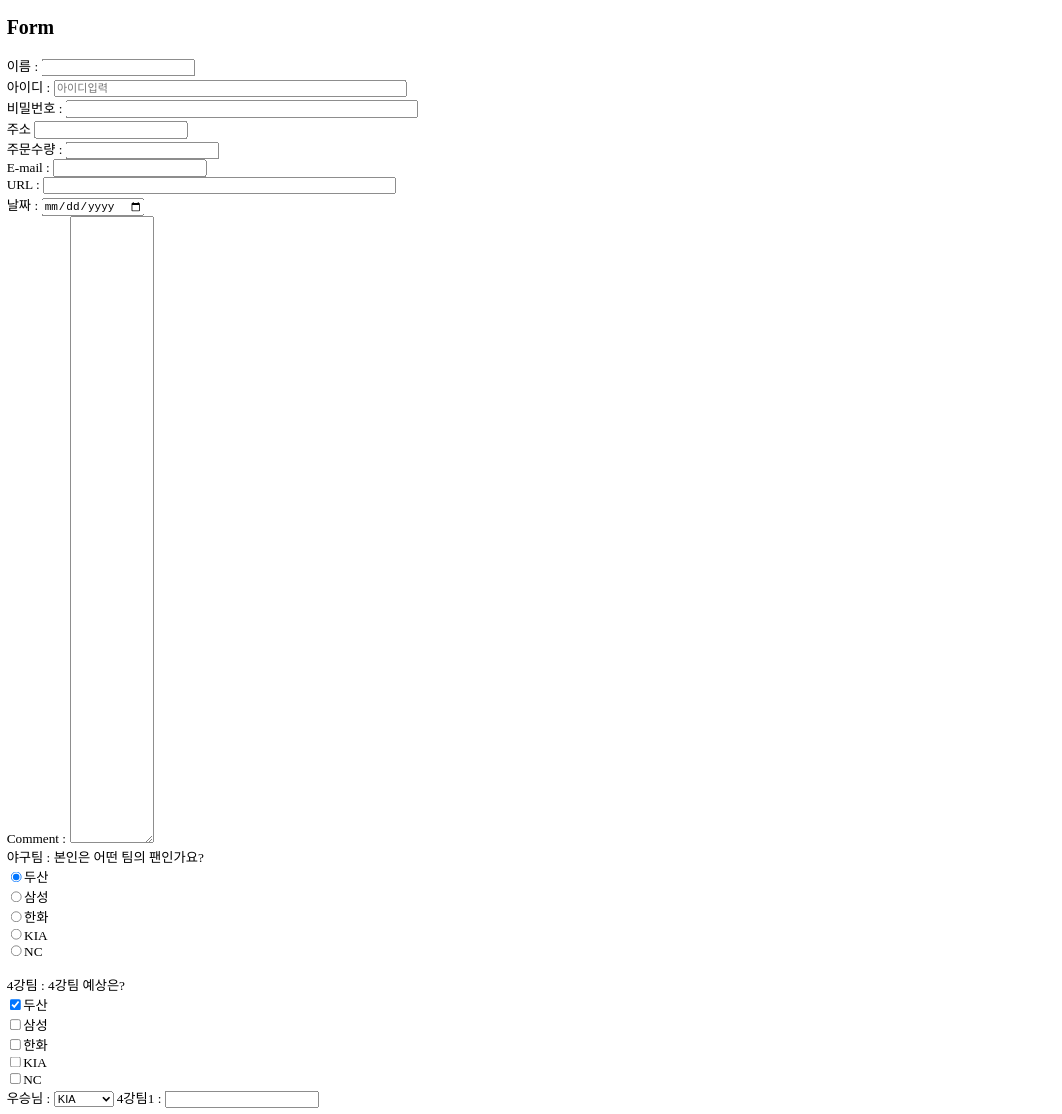
Repository: star-min/jsp_basic
Page: jsp1/web01/src/main/webapp/form.html
These files come from the project's save history. The page is drawn as it stood at one moment and after the next save; the edit follows.
The browser window is 1280 px wide. The pictures show the whole page, at 83% of full size.

Above is the page before, as saved 2022-04-22 05:58:36.

### jsp1/web01/src/main/webapp/form.html
<!DOCTYPE html>
<html>
<head>
<meta charset="UTF-8">
<title>From</title>
<style>

</style>
</head>
<body>
	<header>
		<h2>Form</h2>
	</header>
	<tbody>
		<div>
			<tr>
				<th><label for="mname">이름 : </label></th>
				<td>
					<input type="text" id="mname" name="mname" class="name">
					</br>
				</td>
			</tr>
			<tr>
				<th><label for="id">아이디 : </label></th>
				<td>
					<input type="text" id="id" name="id" class="indata" size="50" placeholder="아이디입력" required>
					</br>
				</td>
			</tr>
			<tr>
				<th><label for="upw">비밀번호 : </label></th>
				<td>
					<input type="password"  id="upw" name="upw" class="pw" size="50">
					</br>
				</td>
			</tr>
			<tr>
				<th><label for="addrss">주소</label></th>
				<td>
					<input type="text" >
					</br>
				</td>
			</tr>
			<tr>
				<th><label for="number">주문수량 : </label></th>
				<td>
					<input type="number" name="qty" id="qty" size="50">
					</br>
				</td>
			</tr>
			<tr>
				<th><label for="text">E-mail : </label></th>
				<td>
					<input type="text">
					</br>
				</td>
			</tr>
			<tr>
				<th><label for="url">URL : </label></th>
				<td>
					<input type="url" name="url" id="url" size="50">
					</br>
				</td>
			</tr>
			<tr>
				<th><label for="date">날짜 : </label></th>
				<td>
					<input type="date" name="date" id="date">
					</br>
				</td>
			</tr>
			<tr>
				<th><label for="comment">Comment : </label></th>
				<td>
					<textarea name="comment" rows="50" cols="10" name="comment" id="comment"></textarea>
					</br>
				</td>
			</tr>
			<tr>
				<th><label for="baseball">야구팀 : </label></th>
				<td>
					<span id="baseball">본인은 어떤 팀의 팬인가요?</span><br>
					<input type="radio" name="baseball" id="baseball1" value="두산" checked>두산<br>
					<input type="radio" name="baseball" id="baseball2" value="삼성">삼성<br>
					<input type="radio" name="baseball" id="baseball3" value="한화">한화<br>
					<input type="radio" name="baseball" id="baseball4" value="KIA">KIA<br>
					<input type="radio" name="baseball" id="baseball5" value="NC">NC<br>
					</br>
				</td>
			</tr>
			<tr>
				<th><label for="favorite">4강팀 : </label></th>
				<td>
					<span id="favorite">4강팀 예상은?</span><br>
					<input type="checkbox" name="favorite" id="favorite1" value="두산" checked>두산<br>
					<input type="checkbox" name="favorite" id="favorite2" value="삼성">삼성<br>
					<input type="checkbox" name="favorite" id="favorite3" value="한화">한화<br>
					<input type="checkbox" name="favorite" id="favorite4" value="KIA">KIA<br>
					<input type="checkbox" name="favorite" id="favorite5" value="NC">NC<br>
				</td>
			</tr>
			<tr>
				<th><label for="victory">우승님 : </label></th>
				<td>
					<select name="victory" id="victory">
						<option value="">선택안함</option>
						<option value="두산">두산</option>
						<option value="삼성">삼성</option>
						<option value="한화">한화</option>
						<option value="KIA" selected>KIA</option>
						<option value="NC">NC</option>
					</select>
				</td>
			</tr>
			<tr>
				<th><label for="">4강팀1 : </label></th>
				<td>
					<input type="">
					</br>
				</td>
			</tr>
		</div>
	</tbody>
</body>
</html>

After the next save:
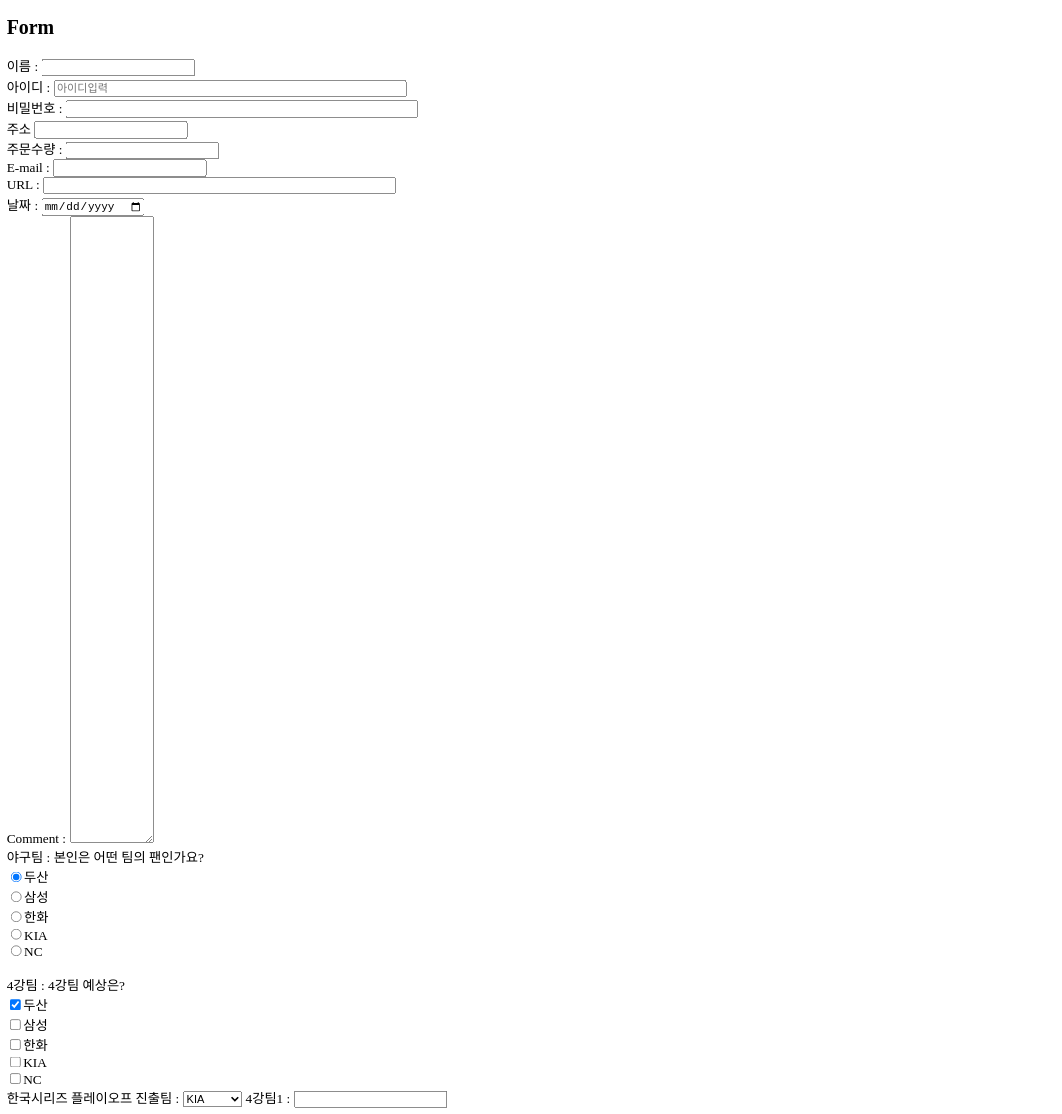
Saved 25 s later.
--- a/jsp1/web01/src/main/webapp/form.html
+++ b/jsp1/web01/src/main/webapp/form.html
@@ -100,7 +100,7 @@
 				</td>
 			</tr>
 			<tr>
-				<th><label for="victory">우승님 : </label></th>
+				<th><label for="victory">한국시리즈 플레이오프 진출팀 : </label></th>
 				<td>
 					<select name="victory" id="victory">
 						<option value="">선택안함</option>
